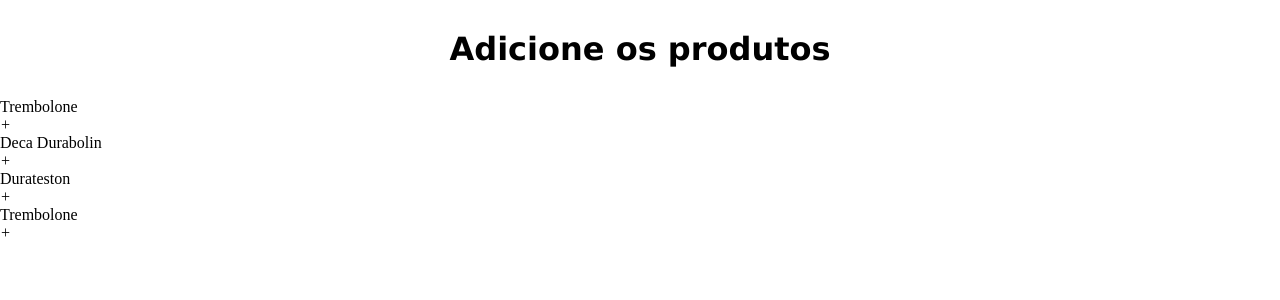
Repository: Leonngc/Lab
Page: confirm.html
These files come from the project's save history. The page is drawn as it stood at one moment and after a run of saves; the edit follows.
The browser window is 1280 px wide. The pictures show the whole page.

Above is the page before, as saved 2023-01-09 00:12:36.

After the next 4 saves:
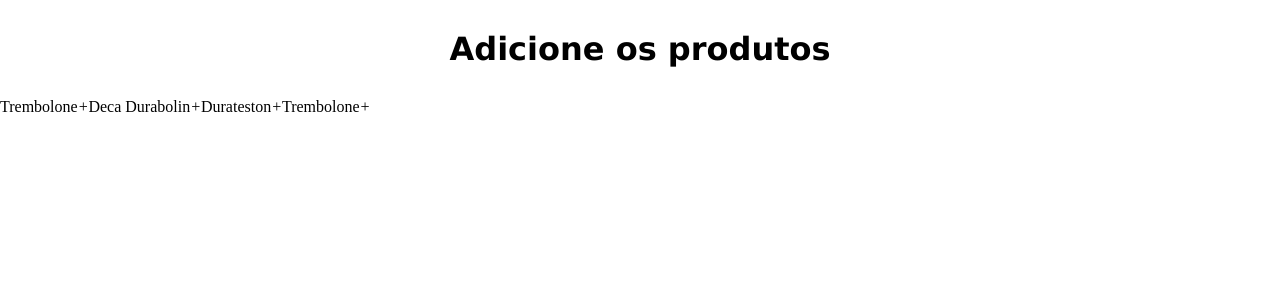
The 4 saves are shown as one change because they came seconds apart.
The last was saved 11 s later.
--- a/styles/confirm.css
+++ b/styles/confirm.css
@@ -10,5 +10,6 @@
 }
 
 div{
-
+    text-align: center;
+    display: flex;
 }
